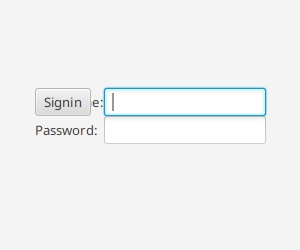
Repository: naveen-webonise/Webonator-Assignments
Program's window: java JavaAssignment/javafx/FXMLExample/FXMLExample.java
The author's editor kept a copy of each file at every save. The program's window is drawn from the files as they stood at one save, then again after the next save.
It runs on Java 21 on a 1366 x 768 screen with JavaFX 11; the title bar is not drawn.

Above is the program's window before, as saved 2015-02-06 09:23:45.

### JavaAssignment/javafx/FXMLExample/FXMLExample.java
package application;

import javafx.application.Application;
import javafx.fxml.FXMLLoader;
import javafx.scene.Parent;
import javafx.scene.Scene;
import javafx.stage.Stage;

public class FXMLExample extends Application{

	public static void main(String[] args){
		launch(args);
	}
	@Override
	public void start(Stage primaryStage) throws Exception {
		Parent root = FXMLLoader.load(getClass().getResource("fxml_example.fxml"));

		Scene scene = new Scene(root,300,250);

		primaryStage.setTitle("Welcome");
		primaryStage.setScene(scene);
		primaryStage.show();

	}



}

### JavaAssignment/javafx/FXMLExample/src/application/FXMLExampleController.java
package application;

import javafx.event.ActionEvent;
import javafx.fxml.FXML;
import javafx.scene.text.Text;

public class FXMLExampleController {

	@FXML private Text actiontarget;

	@FXML protected void handleSubmitButtonAction(ActionEvent event){
		actiontarget.setText("Naveen Can Sign in");
	}
}

### JavaAssignment/javafx/FXMLExample/src/application/fxml_example.fxml
<?xml version="1.0" encoding="UTF-8"?>

<?import java.net.*?>
<?import javafx.geometry.*?>
<?import javafx.scene.control.*?>
<?import javafx.scene.layout.*?>
<?import javafx.scene.text.*?>

<GridPane fx:controller="application.FXMLExampleController"
	xmlns:fx="http://javafx.com/fxml" alignment="center">
	<Label text="UserName:" GridPane.columnIndex="0"
		GridPane.rowIndex="0"/>
	<TextField GridPane.columnIndex="1" GridPane.rowIndex="0"/>
	<Label text="Password:" GridPane.columnIndex="0"
		GridPane.rowIndex="1"/>
	<PasswordField fx:id="passwordField" GridPane.columnIndex="1" GridPane.rowIndex="1"/>
	<HBox><Button text="Signin" onAction="#handleSubmitButtonAction"/></HBox>

	<Text fx:id="actiontarget" GridPane.columnIndex="1" GridPane.rowIndex="3"/>
</GridPane>

After the next save:
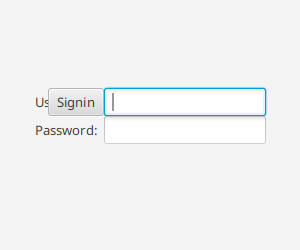
Saved 50 s later.
--- a/JavaAssignment/javafx/FXMLExample/src/application/fxml_example.fxml
+++ b/JavaAssignment/javafx/FXMLExample/src/application/fxml_example.fxml
@@ -14,7 +14,7 @@
 	<Label text="Password:" GridPane.columnIndex="0"
 		GridPane.rowIndex="1"/>
 	<PasswordField fx:id="passwordField" GridPane.columnIndex="1" GridPane.rowIndex="1"/>
-	<HBox><Button text="Signin" onAction="#handleSubmitButtonAction"/></HBox>
+	<HBox alignment="bottom_right"><Button text="Signin" onAction="#handleSubmitButtonAction"/></HBox>
 
 	<Text fx:id="actiontarget" GridPane.columnIndex="1" GridPane.rowIndex="3"/>
 </GridPane>
